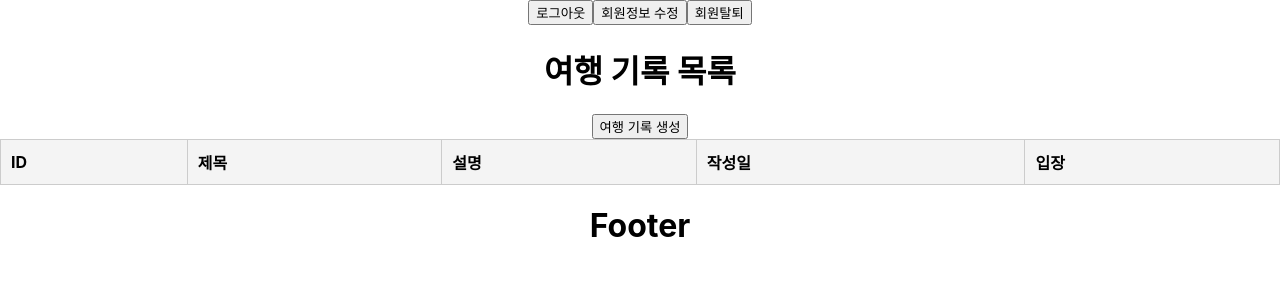
Repository: gimm5550/frontend2
Page: /mainlist
These files come from the project's save history. The page is drawn as it stood at one moment and after the next save; the edit follows.
The browser window is 1280 px wide. The pictures show the whole page.
The page's requests for data from a server got no answer. The project was rebuilt for these pictures with package versions that can differ from the ones it lists, and the page was loaded fresh each time. No one was signed in, and anything a server would have sent is missing. Also part of the build but not shown: src/url.js, src/components/common/KakaoLoginButton.js, src/components/FromServer.js, src/components/UserDetail.js, src/components/layout/LandingPageLayout.js, src/components/layout/UserDetailLayout.js, src/components/LoginForm.js, src/components/layout/LoginFormLayout.js and 12 more.

Above is the page before, as saved 2024-11-17 09:32:12.

### public/index.html
<!DOCTYPE html>
<html lang="en">
  <head>
    <meta charset="utf-8" />
    <link rel="icon" href="%PUBLIC_URL%/favicon.ico" />
    <meta name="viewport" content="width=device-width, initial-scale=1" />
    <meta name="theme-color" content="#000000" />
    <meta
      name="description"
      content="Web site created using create-react-app"
    />
    <link rel="apple-touch-icon" href="%PUBLIC_URL%/logo192.png" />
    <!--
      manifest.json provides metadata used when your web app is installed on a
      user's mobile device or desktop. See https://developers.google.com/web/fundamentals/web-app-manifest/
    -->
    <link rel="manifest" href="%PUBLIC_URL%/manifest.json" />
    <!--
      Notice the use of %PUBLIC_URL% in the tags above.
      It will be replaced with the URL of the `public` folder during the build.
      Only files inside the `public` folder can be referenced from the HTML.

      Unlike "/favicon.ico" or "favicon.ico", "%PUBLIC_URL%/favicon.ico" will
      work correctly both with client-side routing and a non-root public URL.
      Learn how to configure a non-root public URL by running `npm run build`.
    -->
    <title>React App</title>
    <script src="https://developers.kakao.com/sdk/js/kakao.min.js"></script> <!-- 카카오 SDK 추가 -->
  </head>
  <body>
    <noscript>You need to enable JavaScript to run this app.</noscript>
    <div id="root"></div>
    <!--
      This HTML file is a template.
      If you open it directly in the browser, you will see an empty page.

      You can add webfonts, meta tags, or analytics to this file.
      The build step will place the bundled scripts into the <body> tag.

      To begin the development, run `npm start` or `yarn start`.
      To create a production bundle, use `npm run build` or `yarn build`.
    -->
  </body>
</html>

### src/index.js
import React from 'react';
import ReactDOM from 'react-dom/client';
import './index.css';
import App from './App';
import reportWebVitals from './reportWebVitals';
import { BrowserRouter } from 'react-router-dom';
// 카카오 SDK 초기화
if (window.Kakao) {
  window.Kakao.init("629a046bf0fa611328bd69bc1571aa3a"); // 카카오 JavaScript 키로 SDK 초기화
  console.log("Kakao SDK initialized:", window.Kakao.isInitialized());
}
const root = ReactDOM.createRoot(document.getElementById('root'));
root.render(
  <React.StrictMode>
    <BrowserRouter>
      <App />
    </BrowserRouter>
  </React.StrictMode>
);

// If you want to start measuring performance in your app, pass a function
// to log results (for example: reportWebVitals(console.log))
// or send to an analytics endpoint. Learn more: https://bit.ly/CRA-vitals
reportWebVitals();

### src/App.js
import React from 'react';
import './App.css';
import FromServer from './components/FromServer';
import { Route, Routes } from 'react-router-dom';
import UserDetail from './components/UserDetail';
import LandingPageLayout from './components/layout/LandingPageLayout';
import UserDetailLayout from './components/layout/UserDetailLayout';
import routes from './routes';
import { AuthProvider } from './AuthContext'; // AuthProvider import

function App() {
  const getRoutes = (allRoutes) =>
    allRoutes.map((route) => {
      if (route.route) {
        return (
          <Route
            exact
            path={route.route}
            element={route.component}
            key={route.key}
          />
        );
      }
      return null;
    });

  return (
    <div className="App">
      <AuthProvider> {/* AuthProvider로 전체 애플리케이션 감싸기 */}
        <Routes>
          {getRoutes(routes)}
          <Route path='*' element={<LandingPageLayout />} />
        </Routes>
      </AuthProvider>
    </div>
  );
}

export default App;

### src/routes.js
import LoginFormLayout from "./components/layout/LoginFormLayout";
import UserDetailLayout from "./components/layout/UserDetailLayout";
import RegisterFormLayout from "./components/layout/RegisterFormLayout";
import MainListLayout from "./components/layout/MainListLayout"; // community_detail
import CommunityDetailLauout from "./components/layout/community_detailLayout";
import NewCommunityLayout from "./components/layout/NewCommunityLayout";
import CommunityViewLayout from "./components/layout/CommunityViewLayout"; // AdminClient
import AdminClientLayout from "./components/layout/AdminClientLayout";
import EditFormLayout from "./components/layout/EditFormLayout";
const routes = [
    {
        name:"UserDetail",
        key:"userDetail",
        route:"/user-detail/:userId",
        component:<UserDetailLayout></UserDetailLayout>
    },
    {
        name:"LoginForm",
        key:"loginForm",
        route:"/login",
        component:<LoginFormLayout></LoginFormLayout>
    },
    {
        name:"RegisterForm",
        key:"RegisterForm",
        route:"/register",
        component:<RegisterFormLayout></RegisterFormLayout>
    },
    {
        name:"MainList",
        key:"MainList",
        route:"/mainlist",
        component:<MainListLayout></MainListLayout>
    },
    {
        name:"community_detail",
        key:"community_detail",
        route:"/community_detail",
        component:<CommunityDetailLauout></CommunityDetailLauout>
    },
    {
        name:"new_community",
        key:"new_community",
        route:"/new_community",
        component:<NewCommunityLayout></NewCommunityLayout>
    },
    {
        name:"CommunityView",
        key:"CommunityView",
        route:"/CommunityView",
        component:<CommunityViewLayout></CommunityViewLayout>
    },
    {
        name: "CommunityView",
        key: "communityView",
        route: "/CommunityView/:id", // ID를 URL 매개변수로 받도록 수정
        component: <CommunityViewLayout></CommunityViewLayout>
    },
    {
        name: "AdminClient",
        key: "AdminClient",
        route: "/AdminClient/:id", // ID를 URL 매개변수로 받도록 수정
        component: <AdminClientLayout></AdminClientLayout>
    },
    {
        name: "community_detail",
        key: "community_detail",
        route: '/community_detail/:id', // ID를 URL 매개변수로 받도록 수정
        component: <CommunityDetailLauout></CommunityDetailLauout>
    },
    {
        name: "new_community",
        key: "new_community",
        route: '/new_community/:id', // ID를 URL 매개변수로 받도록 수정 `/CommunityView/${id}/${communityId}`
        component: <NewCommunityLayout></NewCommunityLayout>
    },
    {
        name: "new_community",
        key: "new_community",
        route: '/CommunityView/:id/:communityId',
        component: <CommunityViewLayout></CommunityViewLayout>
    },
    {
        name:"EditForm",
        key:"EditForm",
        route:"/edit_info",
        component:<EditFormLayout></EditFormLayout>
    },
]
export default routes;

### src/AuthContext.js
import React, { createContext, useContext, useState } from 'react';

const AuthContext = createContext();

export const AuthProvider = ({ children }) => {
    const [user, setUser] = useState(null); // 로그인한 사용자 정보를 저장할 상태

    const login = (userData) => {
        setUser(userData); // 로그인 시 사용자 정보 저장
    };

    const logout = () => {
        setUser(null); // 로그아웃 시 사용자 정보 초기화
    };

    return (
        <AuthContext.Provider value={{ user, login, logout }}>
            {children}
        </AuthContext.Provider>
    );
};

// 사용자 정보를 가져오는 커스텀 훅
export const useAuth = () => {
    return useContext(AuthContext);
};

### src/api.js
import axios from 'axios';
//114.204.175.6
//172.30.126.174
const instance = axios.create({
    baseURL: 'http://172.30.126.174:8080',
    timeout: 10000
});

export default {


    login(id, pw) {
        console.log("login api 실행됨")
        return instance.post('/api/users/login', { userId: id, userPw: pw});
    },

    register(id, pw) {
        return instance.post('/api/users/register', { userId: id, userPw: pw});
    },

    list() {
        return instance.get('/api/list');
    },

    createCommunity(data) {
        return instance.post('/taxi/community', data);
    },

    call(id, startLat, startLng, startAddr, endLat, endLng, endAddr) {
        return instance.post('/taxi/call', {
            userId: id,
            startLat: startLat,
            startLng: startLng,
            startAddr: startAddr,
            endLat: endLat,
            endLng: endLng,
            endAddr: endAddr
        });
    },

    geoCoding(coords, key) {
        let url = "https://maps.googleapis.com/maps/api/geocode/json";
        let lat = coords.latitude;
        let lng = coords.longitude;

        return axios.get(`${url}?latlng=${lat},${lng}&key=${key}&language=ko`);
    },

    // 커뮤니티 상세보기 API
    getCommunityDetail(communityId) {
        console.log("communityId:", communityId);
        return instance.get(`/community/${communityId}`);
    },

    // 커뮤니티 삭제 API
    deleteCommunity(communityId) {
        console.log("communityId:", communityId);
        return instance.delete(`/community/${communityId}`);
    },

    editCommunity(communityId, updatedData) {
        console.log("communityId:", communityId);
        console.log("updatedData:", updatedData);  // 수정할 데이터를 콘솔에 출력
        return instance.put(`/community/${communityId}`, updatedData);
    },

    outing(id, title, content, admin_id, member_count){
        console.log("outring함수실행")
        return instance.post('/community', {
            id: id,
            title: title,
            content: content,
            admin_id: admin_id,
            member_count: member_count
        });
    },

    newing(id, title, content, region){
        return instance.post('/new', {
            region: region,
            title: title,
            content: content,
            admin_id: id,
            member_count: 0
        });
    },

    detail_show(id){
        return instance.get(`/detail3/${id}`, {
            id: id
        });
    },

    detail_show2(id, id2){
        console.log("detail_show2실행")
        console.log("id:", id)
        return instance.get(`/detail4/${id}/${id2}`, {
        });
    },

    detail_new(title, content, editor, communityid){
        return instance.post('/detail2', {
            title: title,
            content: content,
            editor: editor,
            communityid: communityid
        });
    },

    detail_delete(id, detail_id) {
        return instance.delete(`/detail2/${id}/${detail_id}`); // URL에 detail_id를 포함시킴
    },

    add_comment(id, communityId, nickname, newComment){
        console.log("add_comment 실행!!")
        return instance.post(`/Comments/${id}/${communityId}`, {
            nickname: nickname,
            content: newComment
        });
    },
    // '/client/:id'
    get_approved_clients(id){
        return instance.get(`/client/${id}`, {
        });
    },

    get_pending_clients(id){
        return instance.get(`/client2/${id}`, {
        });
    },

    reject_client(clientId){
        return instance.delete(`/client2/${clientId}`, {
        });
    },

    expel_client(clientId){
        return instance.delete(`/client/${clientId}`, {
        });
    },

    approve_client(clientId, nickname){
        console.log("approve_client 발동")
        console.log("nickname2:", nickname)
        return instance.post(`/client/${clientId}`, {
            nickname: nickname
        });
    },

    request_join_community(nickname, communityId){
        return instance.post('/client2', {
            nickname: nickname
        });
    },

    get_pending_clients2(user_id){
        return instance.get(`/client3/${user_id}`, {
            user_id : user_id
        });
    },

    edit_info(userId){
        return instance.post('/edit', {
            userId: userId
        });
    },

    fetch_token(response){
        console.log("1")
        return instance.post('/login/success', {response: response});
    },

    getpassword(userId) {
        console.log("Sending userId as query parameter. userId:", userId);

        // userId가 객체일 경우 'id' 값을 추출, 그렇지 않으면 그대로 사용
        const extractedUserId = typeof userId === 'object' && userId.id ? userId.id : userId;

        // 추출된 userId를 URL 인코딩
        const encodedUserId = encodeURIComponent(extractedUserId);

        console.log("Encoded userId:", encodedUserId);

        // 인코딩된 userId를 URL에 포함
        return instance.get(`/api/edit/EditInfo?userId=${encodedUserId}`);
    },
    updateUser(userId2, userPw) {
        return instance.post('/api/edit/realedit',
        {
            userId2: userId2,
            userPw: userPw
        });
    },

    deleteUser(user) {
        return instance.post('/api/edit/delete',
        {
            user: user
        });
    },
    createTravelRecord(title, description) {
        return instance.post('/api/travel-records', { title : title, description : description });
    },
    addComment(travelRecordId, content, commentId) {
        console.log("commentId!!!!!!!:", commentId)
        return instance.post(`/api/comments`, {
            travelRecordId: travelRecordId,
            content: content,
            author: commentId.id // 작성자 이름을 적절히 설정
        });
    },
    // 댓글 데이터 가져오기
    getCommentsByTravelRecordId(travelRecordId) {
        return instance.get(`/api/comments/${travelRecordId}`);
    },
}

### src/components/layout/CommonLayout.js
import Footer from "../common/Footer";
import Header from "../common/Header";
export default function CommonLayout({children}){
    return <div>
            <Header></Header>
            {children}
            <Footer></Footer>
        </div>

}

### src/components/layout/MainListLayout.js
import MainList from "../MainList";
import CommonLayout from "./CommonLayout";
export default function MainListLayout(){
    return<div>
            <CommonLayout>
                <MainList></MainList>
            </CommonLayout>
        </div>

}

### src/components/common/Footer.js
export default function Footer(){
    return<div>
            <h1>Footer</h1>
        </div>
}

### src/components/common/Header.js
import { useNavigate } from 'react-router-dom';
import React, { useEffect, useState } from "react";
import api from '../../api';
export default function Header() {
    const [user, setUser] = useState(null); // 사용자 정보 상태
    const navigate = useNavigate();
    const handleLogout = () => {
        console.log('로그아웃 처리');
        localStorage.removeItem('user'); // 로컬 스토리지에서 사용자 정보 삭제
        navigate('/login');
    };
    useEffect(() => {
        const userData = JSON.parse(localStorage.getItem('user')); // 로컬 스토리지에서 사용자 정보 가져오기
        setUser(userData);
    }, []);

    const handleEditProfile = () => {
        console.log('회원정보 수정 페이지로 이동');
        navigate('/edit_info');
        // 회원정보 수정 로직 추가
        //api.edit_info(user.id);
    };

    const handleDelete = () => {
        if (window.confirm('정말로 회원탈퇴를 하시겠습니까?')) {
            console.log('회원탈퇴 진행 중...');

            api.deleteUser(user.id) // user의 id만 전달
                .then(response => {
                    console.log('회원탈퇴 성공:', response.data);
                    alert('회원탈퇴가 완료되었습니다.');
                    localStorage.removeItem('user'); // 로컬 스토리지에서 사용자 정보 삭제
                    navigate('/login'); // 로그인 페이지로 이동
                })
                .catch(error => {
                    console.error('회원탈퇴 실패:', error);
                    alert('회원탈퇴 처리 중 오류가 발생했습니다.');
                });
        }
    };


    return (
        <div>
            {user && <p>현재 로그인된 아이디: {user.id}</p>}
            <div>
                <button onClick={handleLogout}>로그아웃</button>
                <button onClick={handleEditProfile}>회원정보 수정</button>
                <button onClick={handleDelete}>회원탈퇴</button>
            </div>
        </div>
    );
}

### src/components/MainList.js
import React, { useEffect, useState } from "react";
import api from '../api'; // API 모듈 import
import { useNavigate } from "react-router-dom";
import '../MainList.css'; // CSS 파일 import

export default function MainList() {
    const [travelRecords, setTravelRecords] = useState([]); // 여행 기록 상태
    const [isPopupOpen, setIsPopupOpen] = useState(false); // 팝업 상태
    const [newRecord, setNewRecord] = useState({
        title: '',
        description: ''
    }); // 새로운 여행 기록 상태
    const navigate = useNavigate();

    // 여행 기록 가져오기
    const fetchTravelRecords = () => {
        api.list() // 여행 기록 목록을 가져오는 API 호출
            .then(response => {
                console.log("response!!!:", response)
                const { data } = response.data; // 서버에서 반환된 데이터 구조를 맞춤
                setTravelRecords(data); // 데이터를 상태에 저장
            })
            .catch(err => {
                console.error("여행 기록을 가져오는 중 오류 발생:", err);
            });
    };

    useEffect(() => {
        fetchTravelRecords(); // 컴포넌트가 마운트될 때 여행 기록 목록 가져오기
    }, []);

    const handleInputChange = (e) => {
        const { name, value } = e.target;
        setNewRecord(prevState => ({
            ...prevState,
            [name]: value
        }));
    };

    const handleCreateSubmit = async () => {
        try {
            // 새로운 여행 기록 생성 API 호출
            await api.createTravelRecord(newRecord.title, newRecord.description);
            alert("여행 기록이 생성되었습니다.");
            setIsPopupOpen(false); // 팝업 닫기
            fetchTravelRecords(); // 여행 기록 목록 새로고침
        } catch (err) {
            console.error("여행 기록 생성 중 오류 발생:", err);
            alert("여행 기록 생성 중 오류가 발생했습니다.");
        }
    };

    const handleEnterCommunity = (id) => {
        navigate(`/community_detail/${id}`); // 지정된 경로로 이동
    };

    return (
        <div>
            <h1>여행 기록 목록</h1>
            <button onClick={() => setIsPopupOpen(true)}>여행 기록 생성</button> {/* 여행 기록 생성 버튼 */}
            <table>
                <thead>
                    <tr>
                        <th>ID</th>
                        <th>제목</th>
                        <th>설명</th>
                        <th>작성일</th>
                        <th>입장</th>
                    </tr>
                </thead>
                <tbody>
                    {travelRecords.map(record => (
                        <tr key={record.id}>
                            <td>{record.id}</td>
                            <td>{record.title}</td>
                            <td>{record.description}</td>
                            <td>{new Date(record.createdDate).toLocaleString()}</td>
                            <td>
                                <button onClick={() => handleEnterCommunity(record.id)}>입장</button>
                            </td>
                        </tr>
                    ))}
                </tbody>
            </table>

            {/* 팝업창 */}
            {isPopupOpen && (
                <div className="popup-overlay">
                    <div className="popup">
                        <h2>여행 기록 생성</h2>
                        <label>
                            제목:
                            <input
                                type="text"
                                name="title"
                                value={newRecord.title}
                                onChange={handleInputChange}
                            />
                        </label>
                        <label>
                            설명:
                            <textarea
                                name="description"
                                value={newRecord.description}
                                onChange={handleInputChange}
                            />
                        </label>
                        <button onClick={handleCreateSubmit}>생성</button>
                        <button onClick={() => setIsPopupOpen(false)}>취소</button>
                    </div>
                </div>
            )}
        </div>
    );
}

### src/MainList.css
table {
    width: 100%;
    border-collapse: collapse; /* 경계선 겹치지 않도록 설정 */
}

th, td {
    border: 1px solid #ccc; /* 테두리 색상 */
    padding: 10px; /* 여백 */
    text-align: left; /* 왼쪽 정렬 */
}

th {
    background-color: #f4f4f4; /* 헤더 배경색 */
}

tr:hover {
    background-color: #f1f1f1; /* 마우스 오버 시 배경색 */
}
.popup-overlay {
    position: fixed;
    top: 0;
    left: 0;
    right: 0;
    bottom: 0;
    background: rgba(0, 0, 0, 0.5); /* 반투명 배경 */
    display: flex;
    justify-content: center;
    align-items: center;
    z-index: 1000; /* 다른 요소들 위에 위치하게 */
}

.popup {
    background: white;
    padding: 20px;
    border-radius: 5px;
    box-shadow: 0 2px 10px rgba(0, 0, 0, 0.1);
}

label {
    display: block;
    margin-bottom: 10px;
}

input {
    width: 100%;
    padding: 8px;
    margin-top: 5px;
    box-sizing: border-box; /* padding 포함해서 사이즈 조정 */
}
/* MainList.css */

/* 전체 컨테이너 스타일 */
.community-view {
    max-width: 800px; /* 최대 너비 */
    margin: 20px auto; /* 중앙 정렬 */
    padding: 20px; /* 안쪽 여백 */
    border: 1px solid #e0e0e0; /* 테두리 */
    border-radius: 8px; /* 모서리 둥글게 */
    background-color: #ffffff; /* 배경색 */
    box-shadow: 0 2px 10px rgba(0, 0, 0, 0.1); /* 그림자 */
}

/* 제목 스타일 */
.community-view h1 {
    font-size: 2rem; /* 큰 제목 크기 */
    color: #333; /* 제목 색상 */
    margin-bottom: 15px; /* 아래 여백 */
}

/* 부제목 스타일 */
.community-view h2 {
    font-size: 1.5rem; /* 부제목 크기 */
    color: #555; /* 부제목 색상 */
    margin: 10px 0; /* 위아래 여백 */
}

/* 본문 스타일 */
.community-view p {
    font-size: 1rem; /* 본문 크기 */
    color: #666; /* 본문 색상 */
    line-height: 1.5; /* 줄 간격 */
    margin-bottom: 20px; /* 아래 여백 */
}

/* 댓글 목록 스타일 */
.community-view ul {
    list-style-type: none; /* 기본 목록 스타일 제거 */
    padding: 0; /* 기본 여백 제거 */
}

.community-view li {
    background-color: #f9f9f9; /* 댓글 배경 색상 */
    border: 1px solid #e0e0e0; /* 댓글 테두리 */
    border-radius: 5px; /* 댓글 모서리 둥글게 */
    padding: 10px; /* 댓글 안쪽 여백 */
    margin-bottom: 10px; /* 댓글 사이 여백 */
}

/* 댓글 작성 입력창 스타일 */
.community-view input[type="text"] {
    width: 100%; /* 너비 100% */
    padding: 10px; /* 안쪽 여백 */
    border: 1px solid #ccc; /* 테두리 */
    border-radius: 5px; /* 모서리 둥글게 */
    margin-bottom: 10px; /* 아래 여백 */
}

/* 댓글 추가 버튼 스타일 */
.community-view button {
    padding: 10px 15px; /* 안쪽 여백 */
    background-color: #4CAF50; /* 버튼 배경 색상 */
    color: white; /* 글자 색상 */
    border: none; /* 테두리 없음 */
    border-radius: 5px; /* 모서리 둥글게 */
    cursor: pointer; /* 마우스 커서 */
    transition: background-color 0.3s; /* 배경 색상 변화 효과 */
}

.community-view button:hover {
    background-color: #45a049; /* 호버 시 색상 변화 */
}

/* 오류 메시지 스타일 */
.error-message {
    color: red; /* 오류 메시지 색상 */
    font-weight: bold; /* 굵게 */
    margin-bottom: 15px; /* 아래 여백 */
}

/* MainList.css */

/* 전체 컨테이너 스타일 */
.admin-client-container {
    display: flex;
    justify-content: space-between;
    padding: 20px;
}

/* 각 목록 박스 스타일 */
.client-box {
    flex: 1;
    margin: 0 10px; /* 좌우 여백 */
    border: 1px solid #ccc;
    border-radius: 8px;
    padding: 15px;
    background-color: #f9f9f9; /* 연한 배경색 */
    box-shadow: 0 2px 4px rgba(0, 0, 0, 0.1); /* 그림자 효과 */
}

/* 제목 스타일 */
.client-box h2 {
    text-align: center;
    color: #333; /* 제목 색상 */
}

/* 목록 아이템 스타일 */
.client-item {
    display: flex;
    justify-content: space-between;
    align-items: center;
    padding: 8px 0; /* 위아래 여백 */
    border-bottom: 1px solid #eee; /* 구분선 */
}

/* 마지막 아이템 구분선 제거 */
.client-item:last-child {
    border-bottom: none;
}

/* 버튼 스타일 */
.client-item button {
    background-color: #007bff; /* 버튼 색상 */
    color: white;
    border: none;
    border-radius: 5px;
    padding: 5px 10px;
    cursor: pointer;
    transition: background-color 0.3s; /* 색상 변화 효과 */
}

.client-item button:hover {
    background-color: #0056b3; /* 호버 시 색상 변화 */
}

/* 오류 메시지 스타일 */
.error-message {
    color: red; /* 오류 메시지 색상 */
    text-align: center; /* 가운데 정렬 */
    margin-bottom: 10px; /* 아래쪽 여백 */
}

Loaded but not shown: src/index.css (common file); src/reportWebVitals.js (common file); src/App.css (common file)

After the next save:
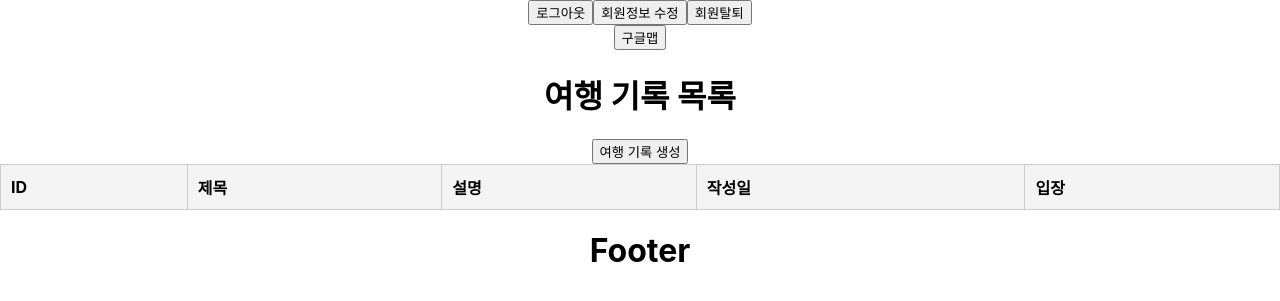
Saved 90 s later.
--- a/src/components/MainList.js
+++ b/src/components/MainList.js
@@ -56,6 +56,7 @@ export default function MainList() {
 
     return (
         <div>
+            <button onClick={() => navigate("/GoogleMap")}>구글맵</button>
             <h1>여행 기록 목록</h1>
             <button onClick={() => setIsPopupOpen(true)}>여행 기록 생성</button> {/* 여행 기록 생성 버튼 */}
             <table>
